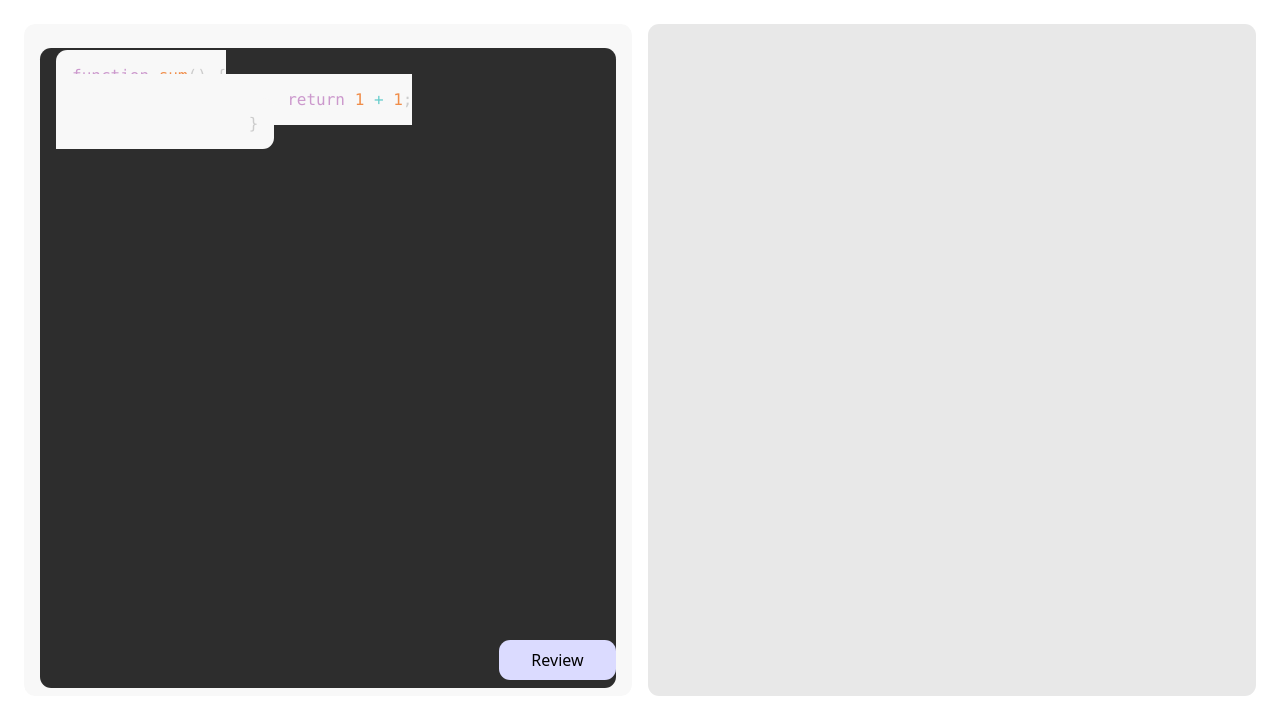
Repository: swarnabha-dutta/ai-code-reviewer
Page: / (app in frontend/)
An editor plug-in stored every save of this project. The page is shown before and after the next save, followed by the edit.
The browser window is 1280 px wide. The pictures show the whole page.
The project was rebuilt for these pictures with package versions that can differ from the ones it lists, and the page was loaded fresh each time. Also part of the build but not shown: frontend/vite.config.js.

Above is the page before, as saved 2025-06-07 09:01:11.

After the next save:
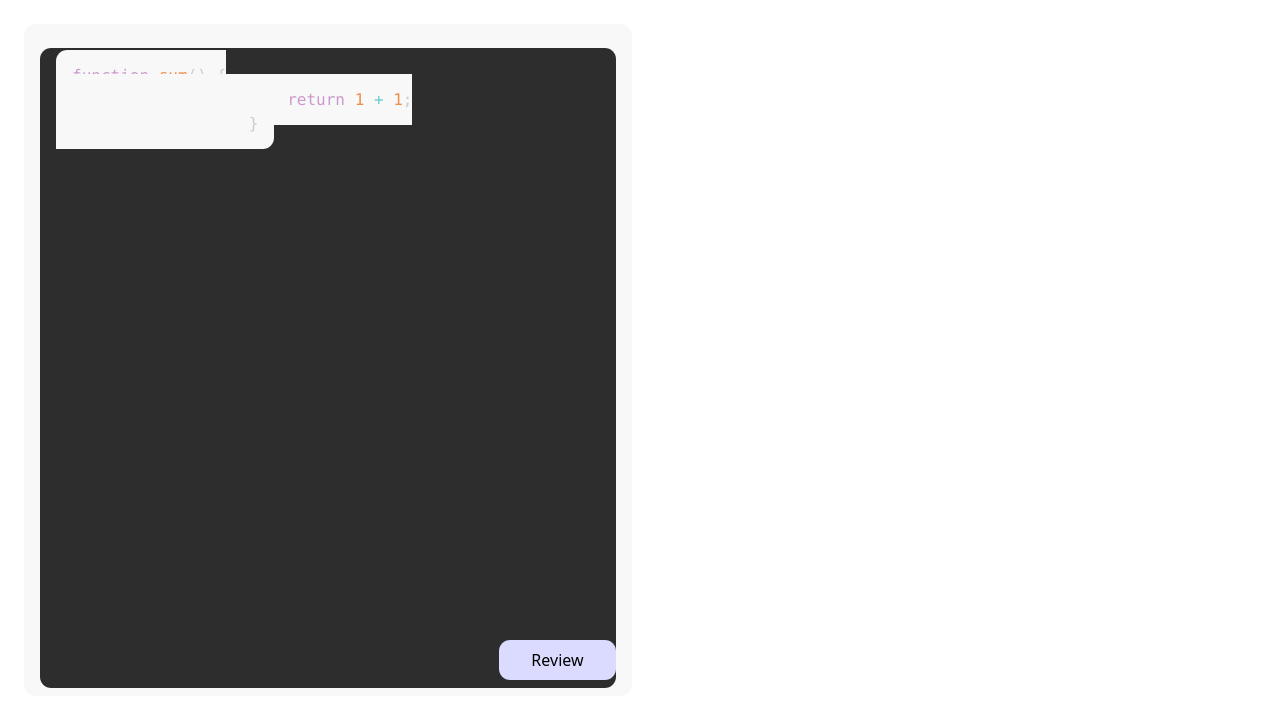
Saved 9 s later.
--- a/frontend/src/App.css
+++ b/frontend/src/App.css
@@ -59,7 +59,7 @@ main .left .review {
 }
 
 main .right {
-  background-color: #e8e8e8;
+  /* background-color: #e8e8e8; */
   padding: 1rem 2rem;
   font-size: 1.5rem;
   overflow: auto;
